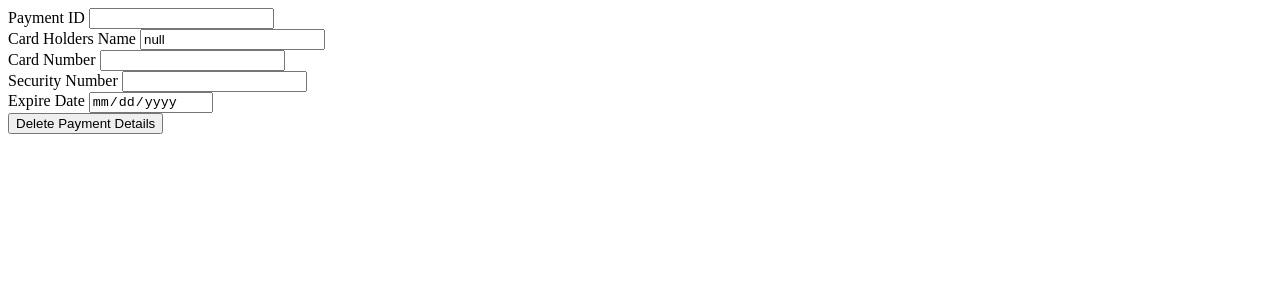
Repository: sandeepa9803/OOP---Online-Travel-web-application
Page: http://localhost/PaymentNew/deletepayment.jsp
The author's editor kept a copy of each file at every save. The page is drawn from the files as they stood at one save, then again after the next save.
The browser window is 1280 px wide. The pictures show the whole page.
The page is served by Tomcat 9.

Above is the page before, as saved 2021-10-11 09:43:24.

After the next save:
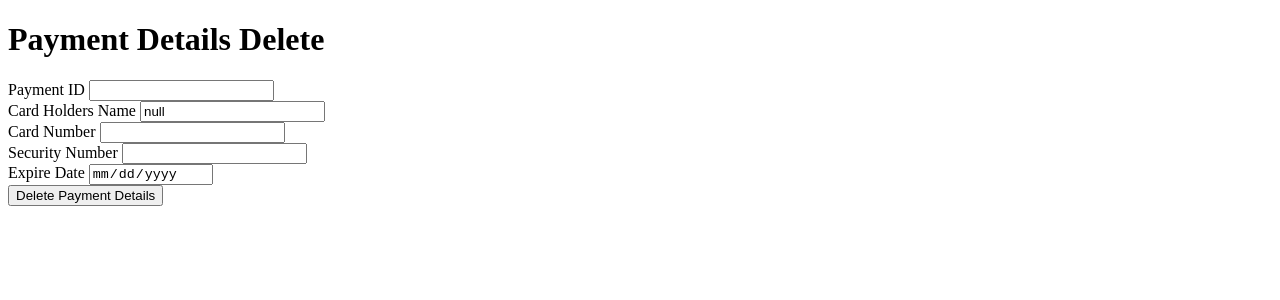
Saved 40 s later.
--- a/PaymentNew/WebContent/deletepayment.jsp
+++ b/PaymentNew/WebContent/deletepayment.jsp
@@ -16,6 +16,7 @@
       String ExpireDate=request.getParameter("ExpireDate");
    %>
 
+      <h1>Payment Details Delete </h1>
 
     <form action="#" method ="post" >
     Payment ID <input type ="number" name="paymentid" value="<%=PaymentID%>" readonly><br>
